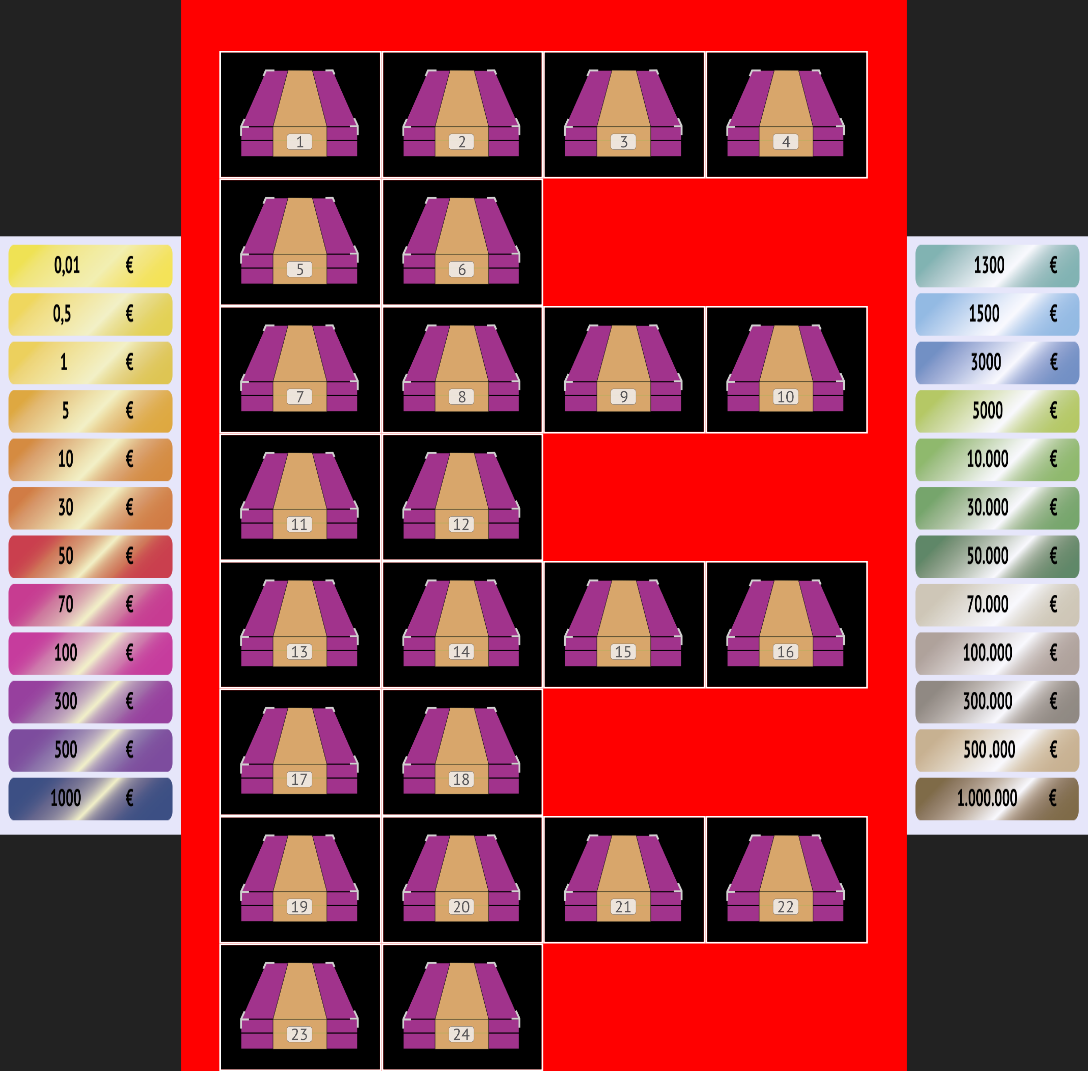
Repository: elnacp/Deal_or_no_deal
Page: DealOrNoDeal/index.html
An editor plug-in stored every save of this project. The page is shown before and after the next save, followed by the edit.
The browser window is 1280 px wide. The pictures show the whole page, at 85% of full size.
Some web libraries are served in a nearby version.

Above is the page before, as saved 2017-11-27 01:21:12.

After the next save:
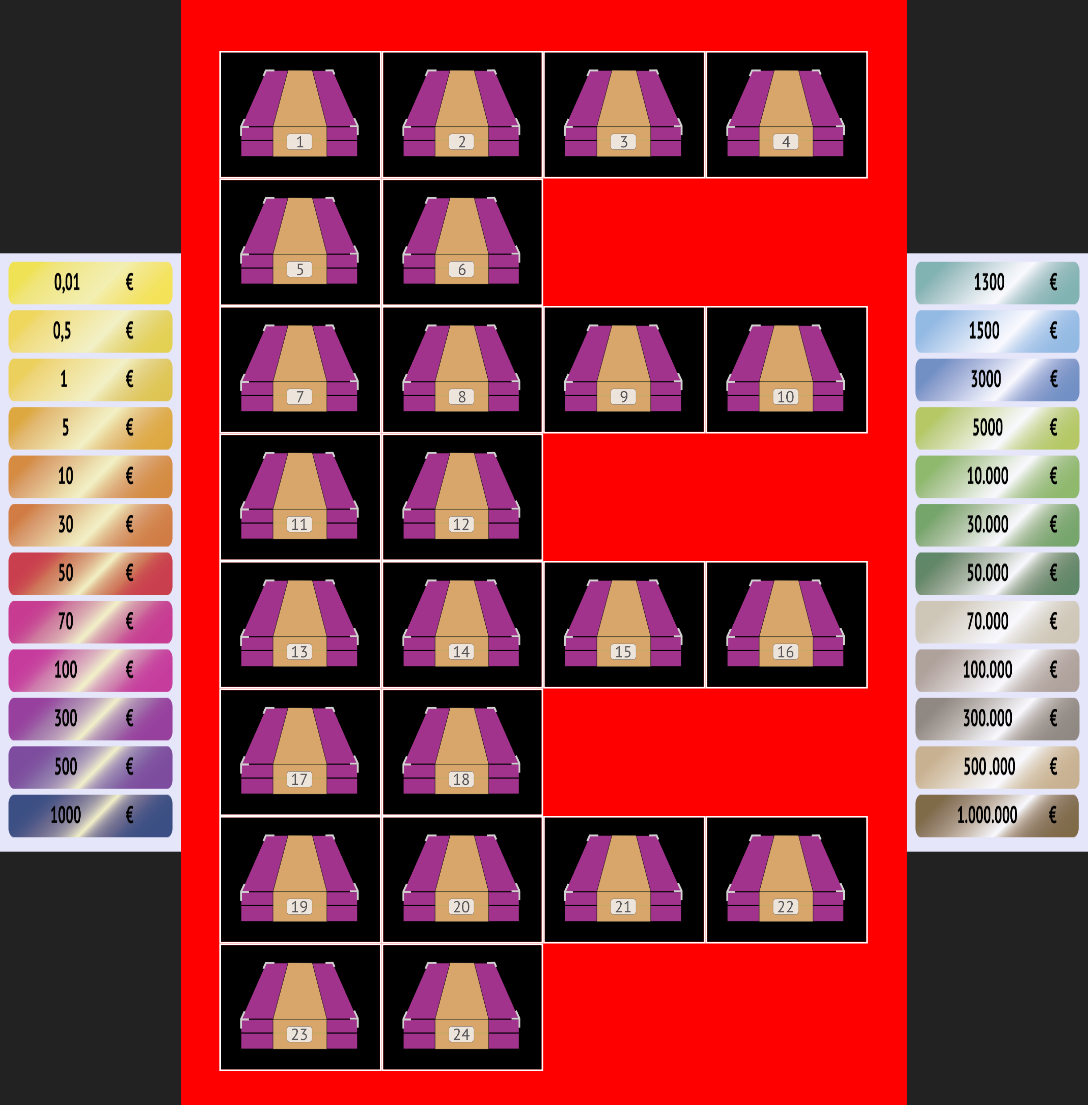
Saved 20 s later.
--- a/DealOrNoDeal/css/style.css
+++ b/DealOrNoDeal/css/style.css
@@ -33,6 +33,7 @@ body {
 .col-md-8{
 	padding-left: 60px;
 	padding-top: 60px;
+	padding-bottom: 40px;
 	text-align: center;
 	background-color: red;
 	margin: none;
